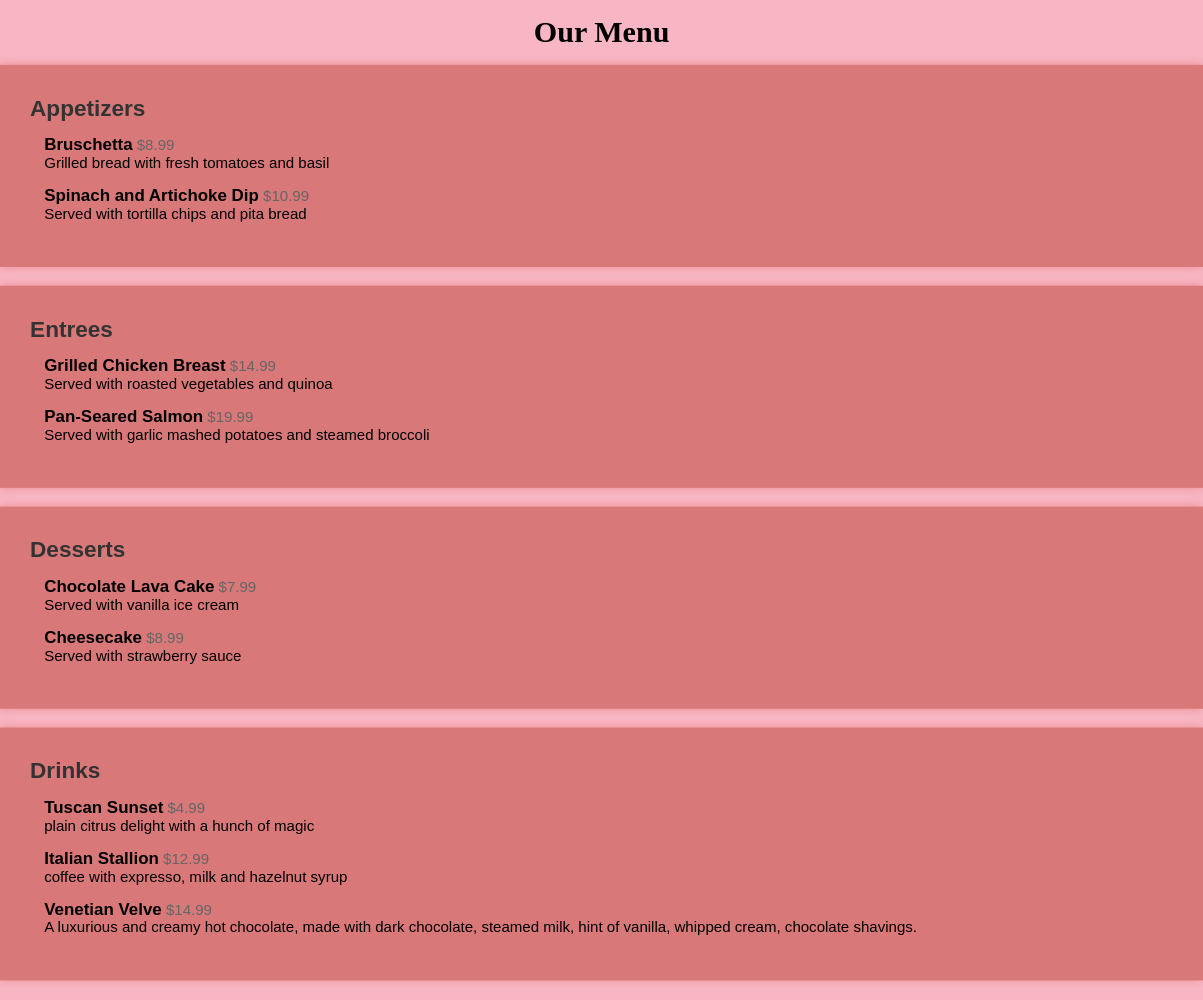
Repository: S12ahana/Food-Ordering-Website
Page: project1/Menu.html
An editor plug-in stored every save of this project. The page is shown before and after the next save, followed by the edit.
The browser window is 1280 px wide. The pictures show the whole page, at 94% of full size.

Above is the page before, as saved 2025-07-30 16:34:07.

After the next save:
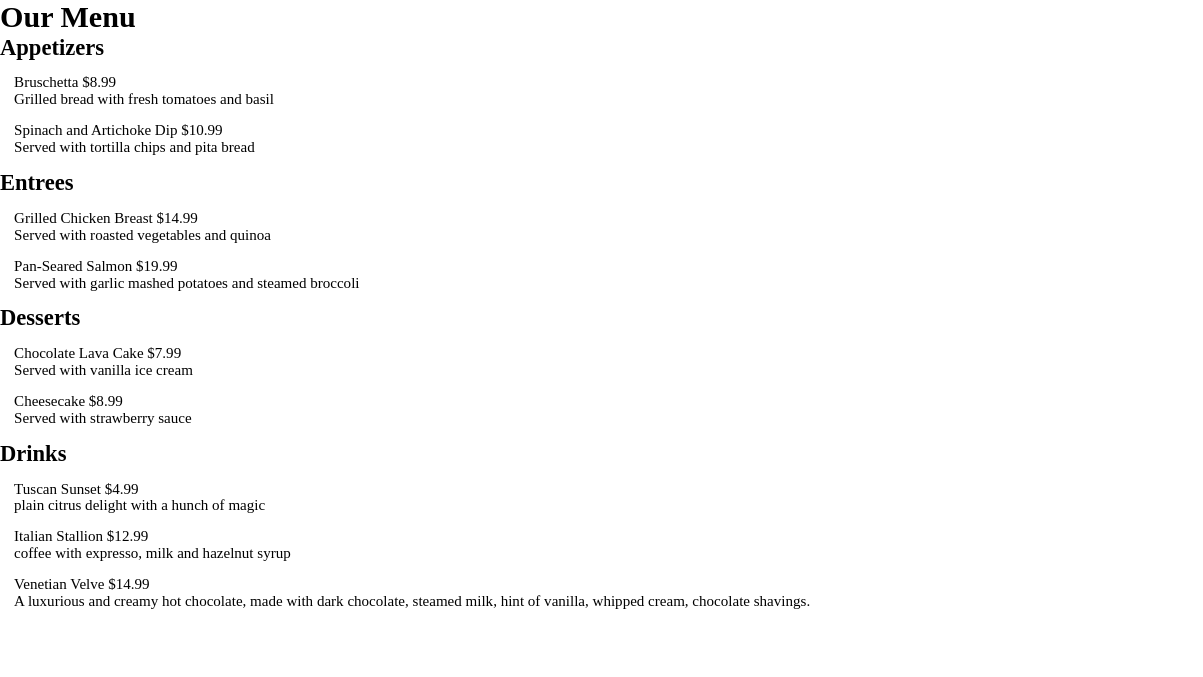
Saved 72 s later.
--- a/project1/style.css
+++ b/project1/style.css
@@ -322,42 +322,3 @@ footer {
         height: 44vh
     }
 }
-body {
-	font-family: Arial, sans-serif;
-	margin: 0;
-	padding: 0;
-    background-color: rgb(248,182,196);
-}
-header {
-	background-color: "charcoal";
-	color: "lavender";
-	padding: 1em;
-	text-align: center;
-    font-family:cursive;
-}
-.menu-section {
-	background-color: #d87878;
-	padding: 2em;
-	margin-bottom: 20px;
-	box-shadow: 0 0 10px rgba(232, 127,127,0.907);
-}
-h2 {
-	color: #333;
-	margin-top: 0;
-}
-ul {
-	list-style: none;
-	margin: 0;
-	padding: 0;
-}
-li {
-	margin-bottom: 20px;
-}
-.dish-name {
-	font-weight: bold;
-	font-size: 18px;
-}
-.price {
-	font-size: 16px;
-	color: #666;
-}

After the 2 saves that followed:
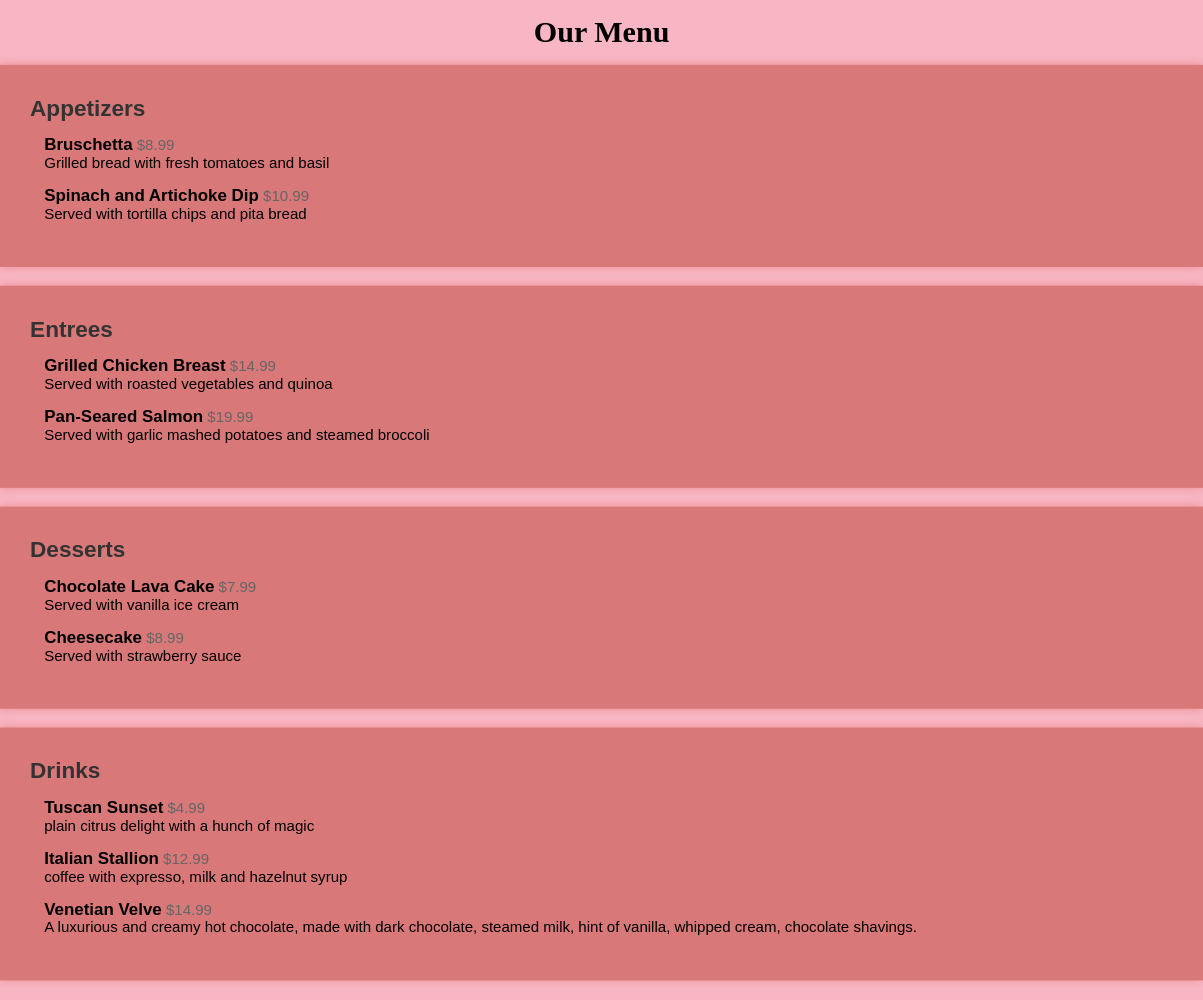
The 2 saves are shown as one change because 1 left the picture as it was.
The last was saved 24 s later.
--- a/project1/Menu.html
+++ b/project1/Menu.html
@@ -112,3 +112,44 @@
 </main>
 </body>
 </html>
+<style>
+    body {
+	font-family: Arial, sans-serif;
+	margin: 0;
+	padding: 0;
+    background-color: rgb(248,182,196);
+}
+header {
+	background-color: "charcoal";
+	color: "lavender";
+	padding: 1em;
+	text-align: center;
+    font-family:cursive;
+}
+.menu-section {
+	background-color: #d87878;
+	padding: 2em;
+	margin-bottom: 20px;
+	box-shadow: 0 0 10px rgba(232, 127,127,0.907);
+}
+h2 {
+	color: #333;
+	margin-top: 0;
+}
+ul {
+	list-style: none;
+	margin: 0;
+	padding: 0;
+}
+li {
+	margin-bottom: 20px;
+}
+.dish-name {
+	font-weight: bold;
+	font-size: 18px;
+}
+.price {
+	font-size: 16px;
+	color: #666;
+}
+</style>
